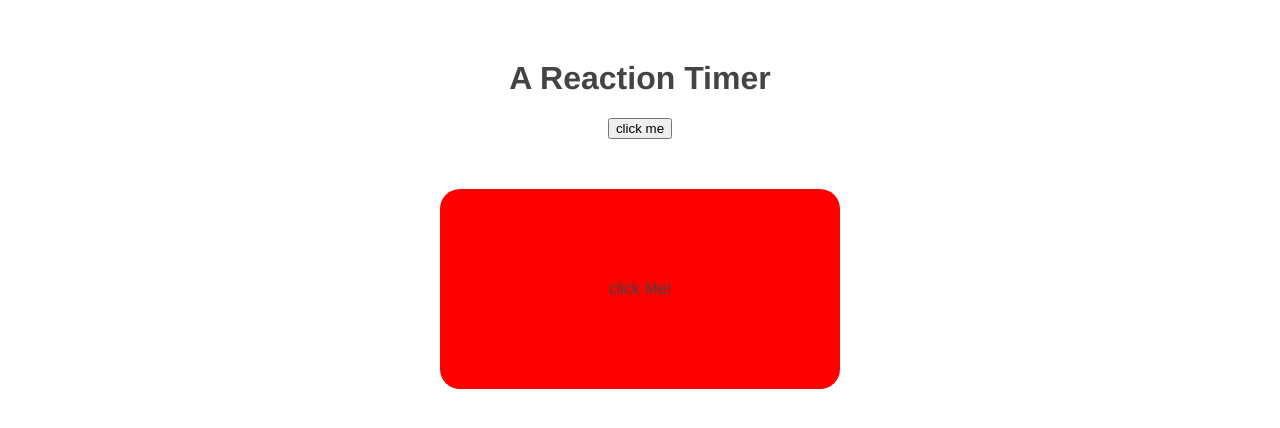
Repository: qudos4real/reaction-timer
Page: /
An editor plug-in stored every save of this project. The page is shown before and after the next save, followed by the edit.
The browser window is 1280 px wide. The pictures show the whole page.
The project was rebuilt for these pictures with package versions that can differ from the ones it lists, and the page was loaded fresh each time. Also part of the build but not shown: vue.config.js.

Above is the page before, as saved 2022-12-27 22:35:55.

After the next save:
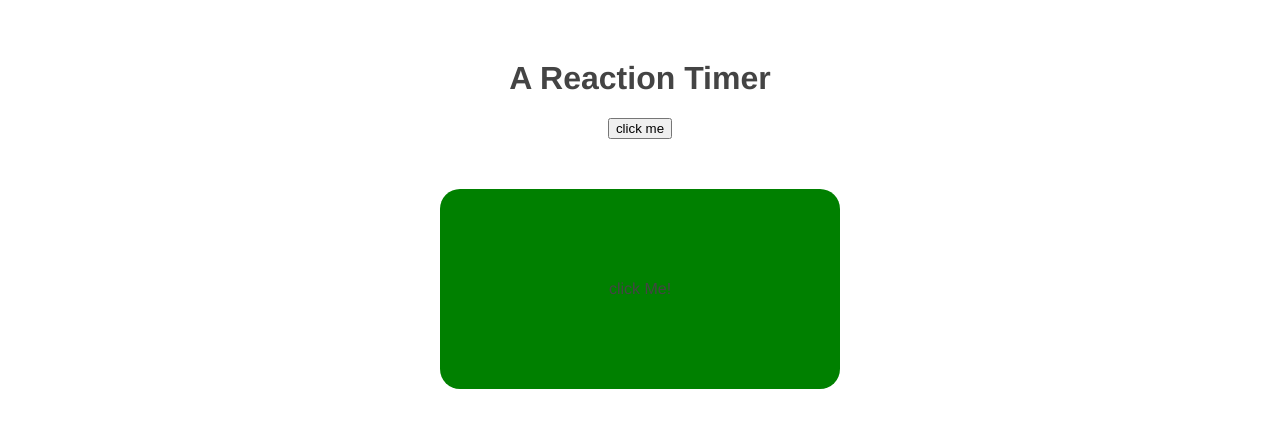
Saved 15 s later.
--- a/src/components/Block.vue
+++ b/src/components/Block.vue
@@ -17,6 +17,6 @@ export default {
     text-align: center;
     margin: 50px auto;
     line-height: 200px;
-    background-color: red;
+    background-color: green;
 }
 </style>
